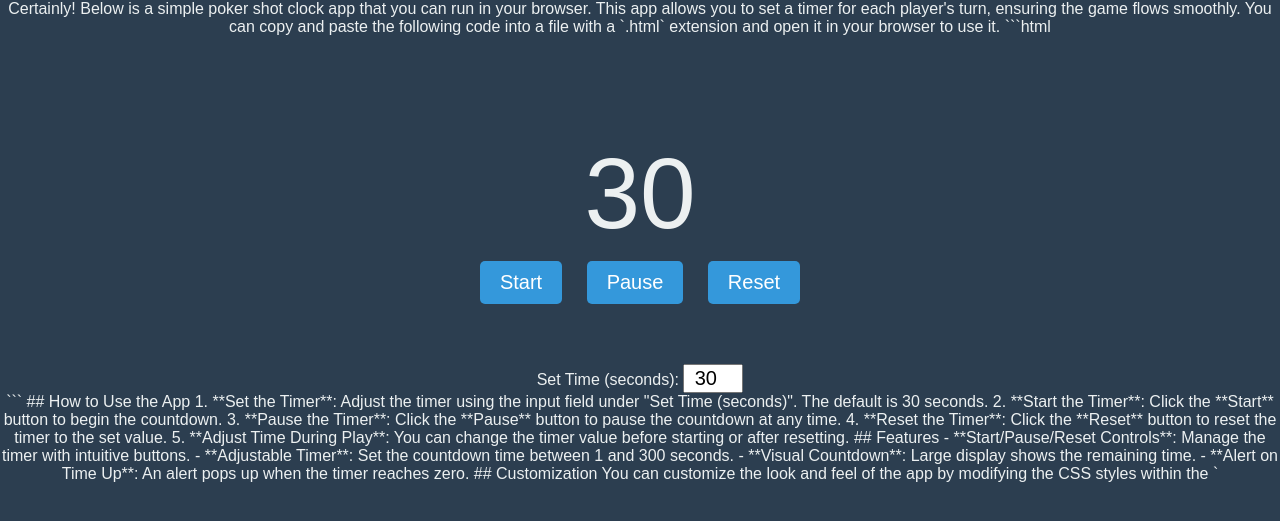
Repository: STnaidoo/poker-shot-clock
Page: index.html
The author's editor kept a copy of each file at every save. The page is drawn from the files as they stood at one save, then again after the next save.
The browser window is 1280 px wide. The pictures show the whole page.

Above is the page before, as saved 2024-10-31 12:24:31.

### index.html
Certainly! Below is a simple poker shot clock app that you can run in your browser. This app allows you to set a timer for each player's turn, ensuring the game flows smoothly.

You can copy and paste the following code into a file with a `.html` extension and open it in your browser to use it.

```html
<!DOCTYPE html>
<html>
<head>
    <title>Poker Shot Clock</title>
    <style>
        body {
            font-family: Arial, sans-serif;
            text-align: center;
            background-color: #2c3e50;
            color: #ecf0f1;
            margin: 0;
            padding: 0;
        }

        #timer {
            font-size: 100px;
            margin-top: 100px;
        }

        .button {
            font-size: 20px;
            padding: 10px 20px;
            margin: 10px;
            background-color: #3498db;
            border: none;
            color: #fff;
            cursor: pointer;
            border-radius: 5px;
        }

        .button:active {
            background-color: #2980b9;
        }

        #settings {
            margin-top: 50px;
        }

        input[type=number] {
            font-size: 20px;
            width: 60px;
            text-align: center;
        }
    </style>
</head>
<body>

    <div id="timer">30</div>

    <button id="startButton" class="button">Start</button>
    <button id="pauseButton" class="button">Pause</button>
    <button id="resetButton" class="button">Reset</button>

    <div id="settings">
        <label for="timeInput">Set Time (seconds): </label>
        <input type="number" id="timeInput" value="30" min="1" max="300">
    </div>

    <script>
        var timerDisplay = document.getElementById('timer');
        var startButton = document.getElementById('startButton');
        var pauseButton = document.getElementById('pauseButton');
        var resetButton = document.getElementById('resetButton');
        var timeInput = document.getElementById('timeInput');

        var timeLeft = parseInt(timeInput.value);
        var timerId;
        var isRunning = false;

        timerDisplay.textContent = timeLeft;

        startButton.addEventListener('click', function() {
            if (!isRunning) {
                timeLeft = parseInt(timerDisplay.textContent);
                timerId = setInterval(countdown, 1000);
                isRunning = true;
            }
        });

        pauseButton.addEventListener('click', function() {
            if (isRunning) {
                clearInterval(timerId);
                isRunning = false;
            }
        });

        resetButton.addEventListener('click', function() {
            clearInterval(timerId);
            timeLeft = parseInt(timeInput.value);
            timerDisplay.textContent = timeLeft;
            isRunning = false;
        });

        timeInput.addEventListener('change', function() {
            if (!isRunning) {
                timeLeft = parseInt(timeInput.value);
                timerDisplay.textContent = timeLeft;
            }
        });

        function countdown() {
            if (timeLeft <= 0) {
                clearInterval(timerId);
                timerDisplay.textContent = "Time's up!";
                isRunning = false;
                alert("Time's up!");
            } else {
                timeLeft--;
                timerDisplay.textContent = timeLeft;
            }
        }
    </script>

</body>
</html>
```

## How to Use the App

1. **Set the Timer**: Adjust the timer using the input field under "Set Time (seconds)". The default is 30 seconds.
2. **Start the Timer**: Click the **Start** button to begin the countdown.
3. **Pause the Timer**: Click the **Pause** button to pause the countdown at any time.
4. **Reset the Timer**: Click the **Reset** button to reset the timer to the set value.
5. **Adjust Time During Play**: You can change the timer value before starting or after resetting.

## Features

- **Start/Pause/Reset Controls**: Manage the timer with intuitive buttons.
- **Adjustable Timer**: Set the countdown time between 1 and 300 seconds.
- **Visual Countdown**: Large display shows the remaining time.
- **Alert on Time Up**: An alert pops up when the timer reaches zero.

## Customization

You can customize the look and feel of the app by modifying the CSS styles within the `<style>` tags. For example, you can change the background color, font styles, or button designs to suit your preferences.

## Explanation of the Code

- **HTML Structure**: The app consists of a timer display, control buttons (Start, Pause, Reset), and a settings section to input the desired time.
- **CSS Styling**: Styles are applied to enhance the visual appearance, including fonts, colors, and layout.
- **JavaScript Functionality**:
  - Variables are initialized to manage the timer state.
  - Event listeners are added to buttons to handle user interactions.
  - The `countdown` function updates the timer display every second and checks if the time has run out.
  - The `alert` function notifies the user when the time is up.

Feel free to enhance the app by adding more features, such as sound alerts, different themes, or player turn management.

---

**Note**: Always ensure that your browser allows JavaScript execution for the app to function correctly.

After the next save:
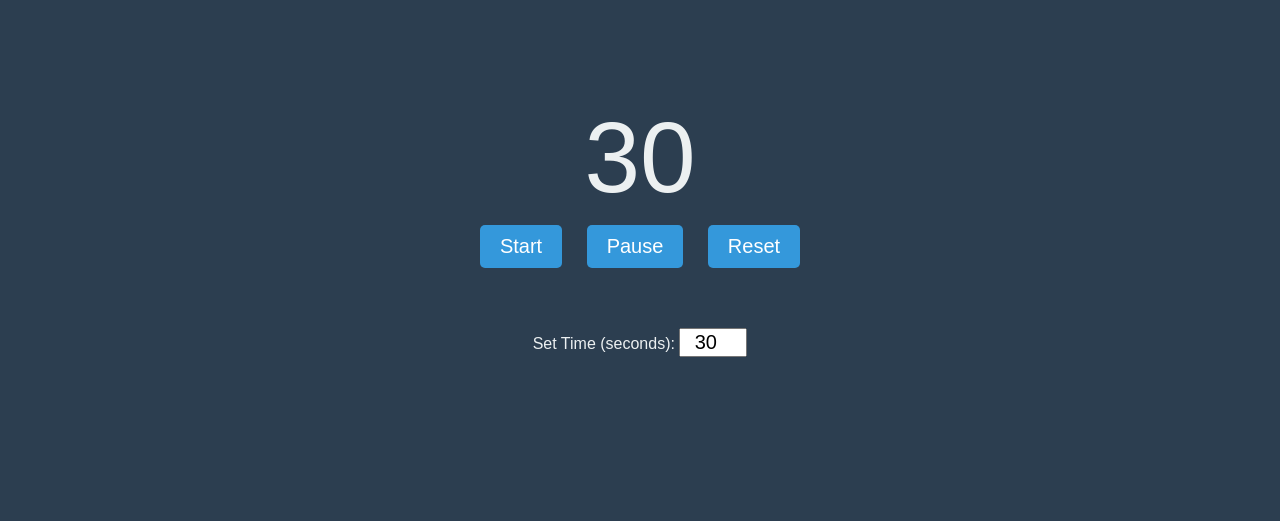
Saved 9 s later.
--- a/index.html
+++ b/index.html
@@ -1,8 +1,4 @@
-Certainly! Below is a simple poker shot clock app that you can run in your browser. This app allows you to set a timer for each player's turn, ensuring the game flows smoothly.
 
-You can copy and paste the following code into a file with a `.html` extension and open it in your browser to use it.
-
-```html
 <!DOCTYPE html>
 <html>
 <head>
@@ -118,39 +114,3 @@ You can copy and paste the following code into a file with a `.html` extension a
 
 </body>
 </html>
-```
-
-## How to Use the App
-
-1. **Set the Timer**: Adjust the timer using the input field under "Set Time (seconds)". The default is 30 seconds.
-2. **Start the Timer**: Click the **Start** button to begin the countdown.
-3. **Pause the Timer**: Click the **Pause** button to pause the countdown at any time.
-4. **Reset the Timer**: Click the **Reset** button to reset the timer to the set value.
-5. **Adjust Time During Play**: You can change the timer value before starting or after resetting.
-
-## Features
-
-- **Start/Pause/Reset Controls**: Manage the timer with intuitive buttons.
-- **Adjustable Timer**: Set the countdown time between 1 and 300 seconds.
-- **Visual Countdown**: Large display shows the remaining time.
-- **Alert on Time Up**: An alert pops up when the timer reaches zero.
-
-## Customization
-
-You can customize the look and feel of the app by modifying the CSS styles within the `<style>` tags. For example, you can change the background color, font styles, or button designs to suit your preferences.
-
-## Explanation of the Code
-
-- **HTML Structure**: The app consists of a timer display, control buttons (Start, Pause, Reset), and a settings section to input the desired time.
-- **CSS Styling**: Styles are applied to enhance the visual appearance, including fonts, colors, and layout.
-- **JavaScript Functionality**:
-  - Variables are initialized to manage the timer state.
-  - Event listeners are added to buttons to handle user interactions.
-  - The `countdown` function updates the timer display every second and checks if the time has run out.
-  - The `alert` function notifies the user when the time is up.
-
-Feel free to enhance the app by adding more features, such as sound alerts, different themes, or player turn management.
-
----
-
-**Note**: Always ensure that your browser allows JavaScript execution for the app to function correctly.
